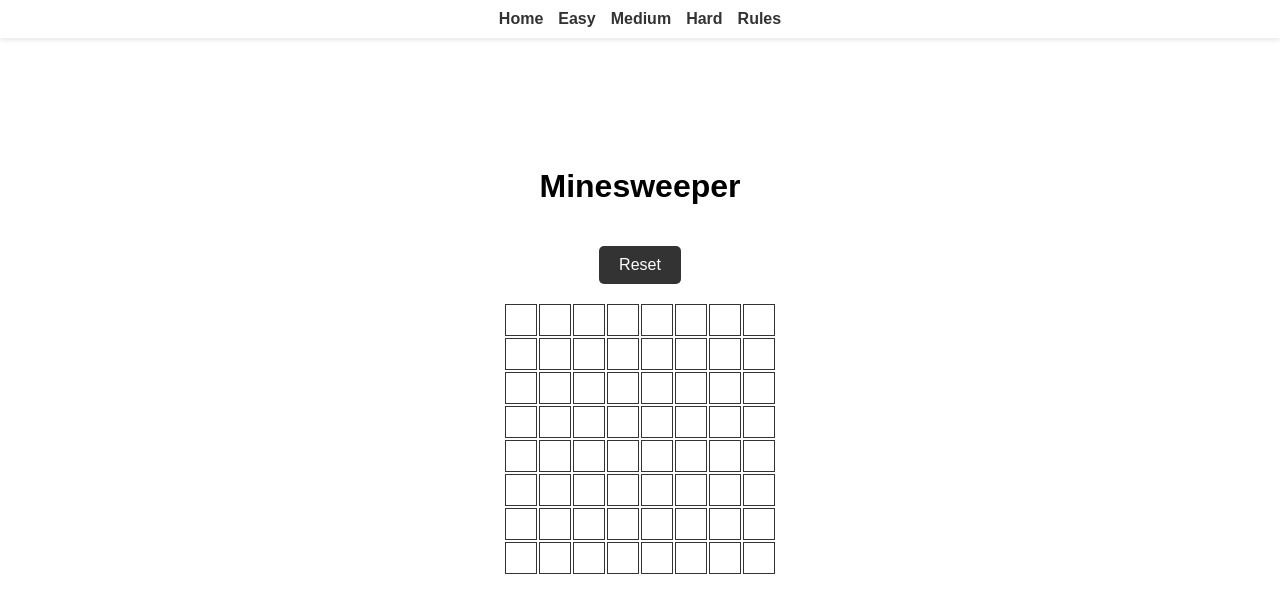
Repository: liwingy/-WingYee-_-Li-project2
Page: /game/easy (app in minesweeper/)
The author's editor kept a copy of each file at every save. The page is drawn from the files as they stood at one save, then again after the next save.
The browser window is 1280 px wide. The pictures show the whole page.
The project was rebuilt for these pictures with package versions that can differ from the ones it lists, and the page was loaded fresh each time. Also part of the build but not shown: minesweeper/src/views/Homepage.js, minesweeper/src/views/Rules.js.

Above is the page before, as saved 2024-11-11 14:45:05.

After the next save:
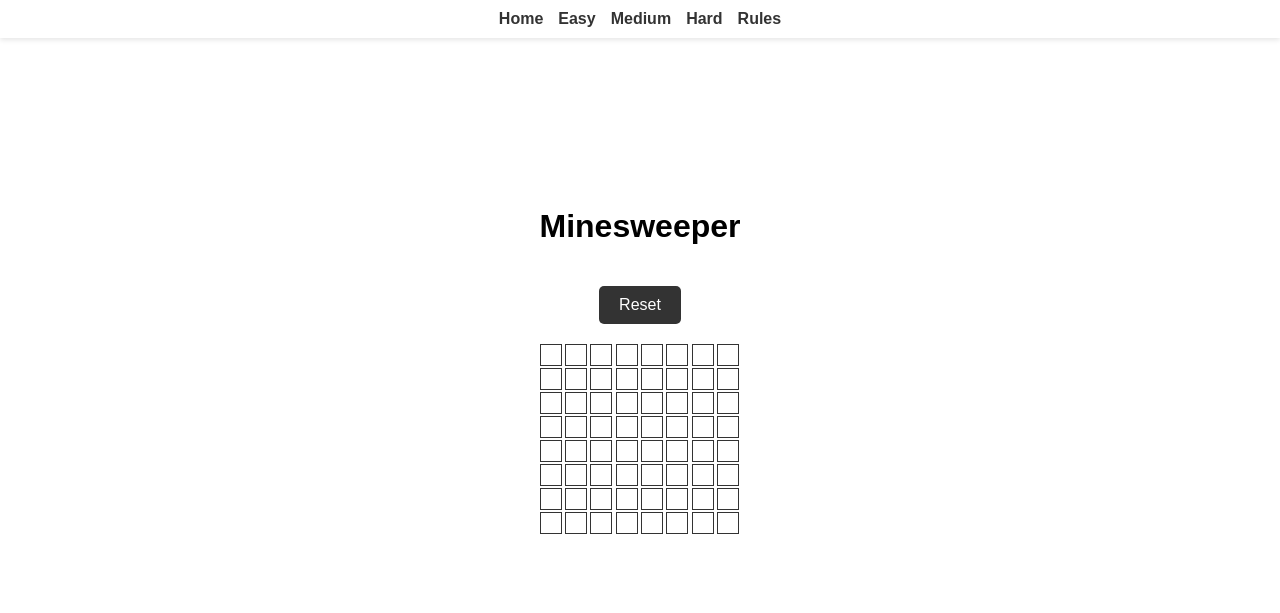
Saved 50 s later.
--- a/minesweeper/src/styles.css
+++ b/minesweeper/src/styles.css
@@ -7,31 +7,32 @@ body, html {
   margin: 0;
   font-family: Arial, sans-serif;
   text-align: center;
+  overflow: hidden;
 }
 
-/* Adjust main container margin to accommodate fixed navbar */
+/* Main Container */
 .main-container {
   display: flex;
   flex-direction: column;
   align-items: center;
   width: 100%;
-  max-width: 600px;
-  margin-top: 60px; /* Add top margin to avoid overlap with navbar */
+  max-width: 1000px; /* Increased max-width for larger board support */
+  margin-top: 60px;
 }
 
 /* Navbar Styling */
 nav {
-  position: fixed; /* Make the navbar fixed at the top */
+  position: fixed;
   top: 0;
   left: 0;
   right: 0;
   display: flex;
   gap: 15px;
   justify-content: center;
-  background-color: white; /* Background color to cover content behind */
+  background-color: white;
   padding: 10px;
-  box-shadow: 0 2px 5px rgba(0, 0, 0, 0.1); /* Optional shadow for visual separation */
-  z-index: 1000; /* Ensure it stays above other content */
+  box-shadow: 0 2px 5px rgba(0, 0, 0, 0.1);
+  z-index: 1000;
 }
 
 nav a {
@@ -44,24 +45,44 @@ nav a:hover {
   color: #555;
 }
 
+/* Board Container */
+.board-container {
+  width: 100%;
+  max-width: 90vw;
+  max-height: 80vh;
+  overflow: auto; /* Allows scrolling if needed */
+  margin-top: 20px;
+  padding: 5px;
+  border: 1px solid #ddd;
+  display: flex;
+  justify-content: center;
+  align-items: center;
+}
+
 /* Board Styling */
 .board {
   display: grid;
   gap: 2px;
   justify-content: center;
   margin-top: 20px;
-  /* Dynamically adjust the number of columns based on grid size */
+}
+
+/* Dynamic Columns for Hard Mode */
+.board.hard {
+  grid-template-columns: repeat(30, 20px);
+  transform: scale(0.75); /* Scales down to 75% */
+  transform-origin: top center; /* Keeps it centered */
 }
 
 /* Cell Styling */
 .cell {
-  width: 30px;
-  height: 30px;
+  width: 20px;
+  height: 20px;
   border: 1px solid #333;
   display: flex;
   align-items: center;
   justify-content: center;
-  font-size: 20px;
+  font-size: 12px; /* Smaller font to fit smaller cells */
   cursor: pointer;
 }
 
@@ -73,22 +94,6 @@ nav a:hover {
 /* Hover Effect for Cell */
 .cell:hover {
   background-color: #e0e0e0;
-}
-
-/* Adjust the cell size for larger grids in hard mode */
-.board.hard .cell {
-  width: 20px;
-  height: 20px;
-  font-size: 16px;
-}
-
-/* Responsive adjustments for larger screens */
-@media (min-width: 1024px) {
-  .board.hard .cell {
-    width: 25px;
-    height: 25px;
-    font-size: 16px;
-  }
 }
 
 /* Button Styling */
